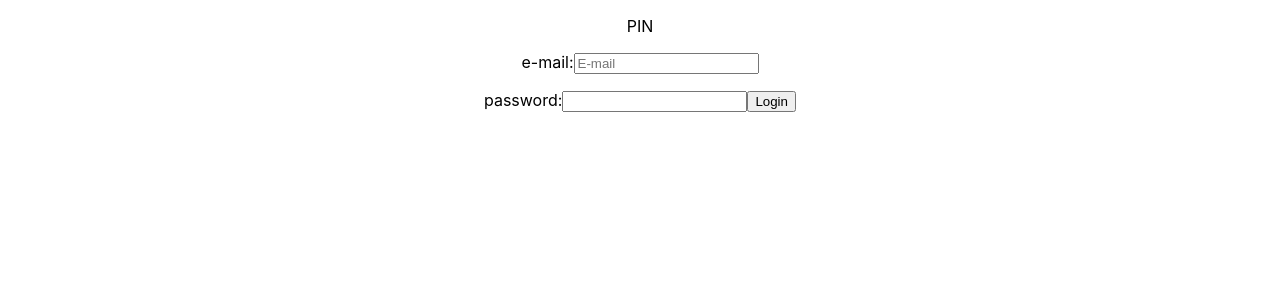
Repository: Tomjand/login-pin
Page: /
These files come from the project's save history. The page is drawn as it stood at one moment and after the next save; the edit follows.
The browser window is 1280 px wide. The pictures show the whole page.
The project was rebuilt for these pictures with package versions that can differ from the ones it lists, and the page was loaded fresh each time.

Above is the page before, as saved 2022-08-23 11:39:41.

### src/App.js

import React, {useState} from 'react'
import "./App.css";
import { useForm, SubmitHandler } from "react-hook-form";


function App() {
  // const [error, setError] = useState(null)
  // const [form, setForm] = useState({
  //   email:'',
  //   password:'',
  // })
  const { register, handleSubmit, formState:{errors} } = useForm({
    defaultValue:{
      email:'',
      password:''
    }
  });


  const validateForm = (form) => {
    if(!form.email){
      return "E-mail is required"
    } else if (!/^(([^<>()\[\]\\.,;:\s@"]+(\.[^<>()\[\]\\.,;:\s@"]+)*)|(".+"))@((\[[0-9]{1,3}\.[0-9]{1,3}\.[0-9]{1,3}\.[0-9]{1,3}])|(([a-zA-Z\-0-9]+\.)+[a-zA-Z]{2,}))$/i.test(form.email)){
      return "Bad email"
    }
    if(!form.password){
      return "Password is required"
    } else if (form.password.length < 8){
      return "Password is too short"
    }
    return null
  }

  const onSubmit = (data) => {
    console.log("sended: ", data)
  }



  const updateInput = async (e) => {
    // setForm({
    //   ...form,
    //   [e.target.name]: e.target.value
    // })
  }

  console.log("errors: ", errors)

  return (
    <div className="App">
      <p>PIN</p>

      <form onSubmit={handleSubmit((d)=>{console.log(d)})}>
        <label>
          e-mail:
          <input type="email" {...register("email", {
            required: "required",
            minLength: {
              value: 2,
              message: "Minimum length 2"
            }
            })}
            placeholder = "E-mail"
            />
            <p>{errors.email?.message}</p>
          {/* {error==="E-mail is required" && <p>e-mail is required</p>} */}
        </label>

        <label>
          password:
          <input type="password"  {...register("password")} />
          {/* {error==="Password is required" && <p>Password is required</p>} */}
          {/* {error==="Password is too short" && <p>password is too short</p>} */}
        </label>
        <input type="submit" value="Login" />
      </form>
    </div>
  );
}

export default App;

Loaded but not shown: public/index.html (common file); src/index.js (common file); src/index.css (common file); src/reportWebVitals.js (common file); src/App.css (common file)

After the next save:
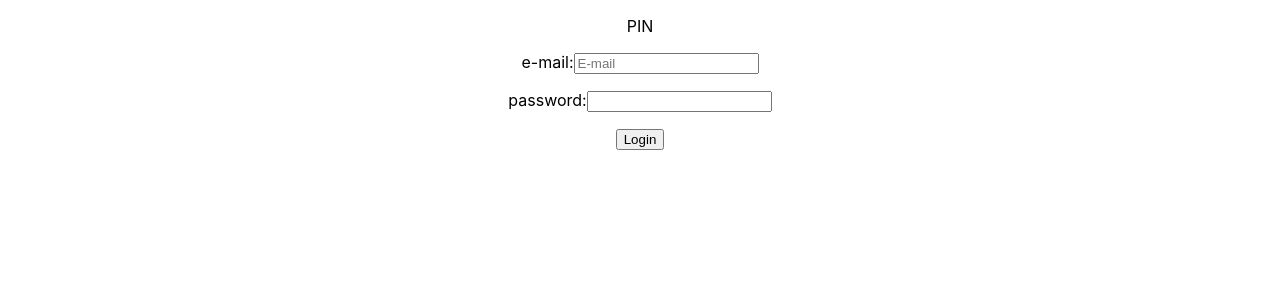
Saved 17 s later.
--- a/src/App.js
+++ b/src/App.js
@@ -70,6 +70,7 @@ function App() {
         <label>
           password:
           <input type="password"  {...register("password")} />
+          <p>{errors.email?.message}</p>
           {/* {error==="Password is required" && <p>Password is required</p>} */}
           {/* {error==="Password is too short" && <p>password is too short</p>} */}
         </label>
